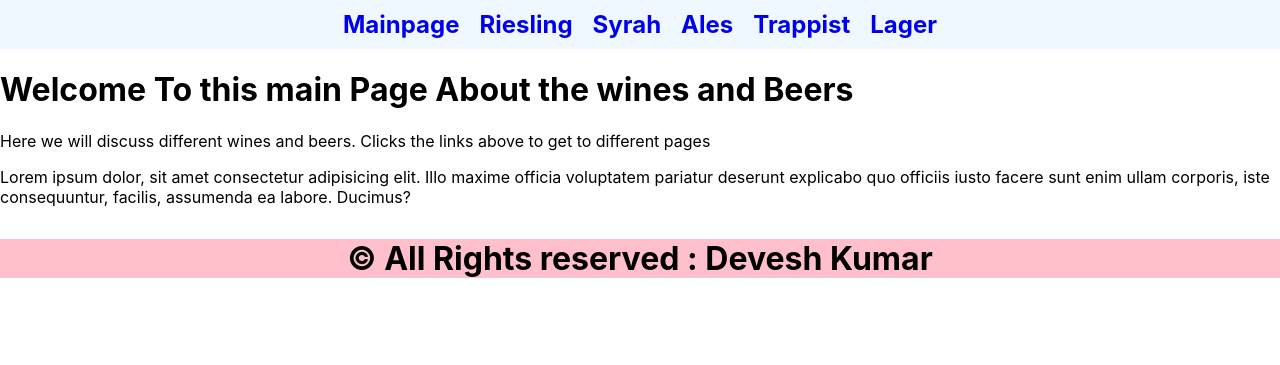
Repository: portretrieve/react-practice
Page: /
An editor plug-in stored every save of this project. The page is shown before and after the next save, followed by the edit.
The browser window is 1280 px wide. The pictures show the whole page.
The project was rebuilt for these pictures with package versions that can differ from the ones it lists, and the page was loaded fresh each time. Also part of the build but not shown: src/wines/Riesling.js, src/wines/Syrah.js, src/beers/Ale.js, src/beers/Lager.js, src/beers/Trappist.js.

Above is the page before, as saved 2021-08-26 19:36:52.

After the next save:
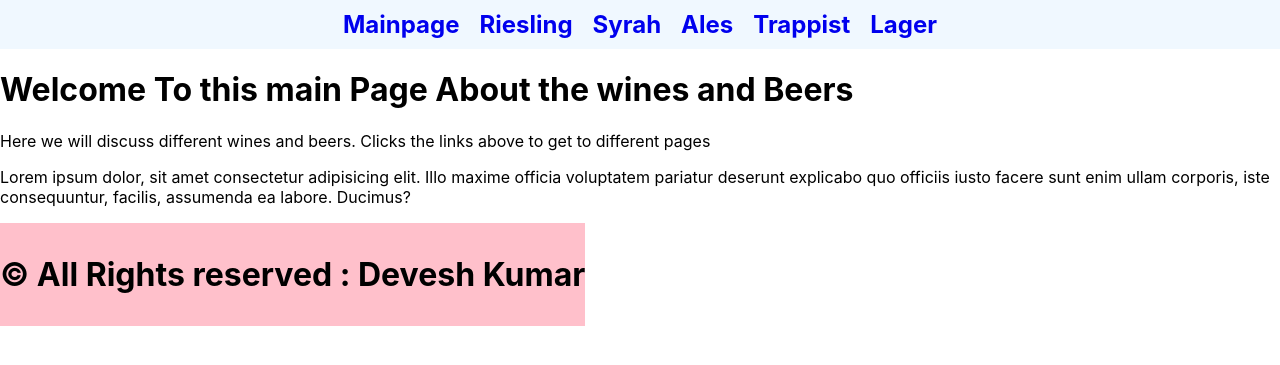
Saved 21 s later.
--- a/src/navigation/footer.module.css
+++ b/src/navigation/footer.module.css
@@ -3,4 +3,5 @@
     background-color: pink;
     font-weight: 700;
     font-size: 2rem;
+    position: fixed;
 }
